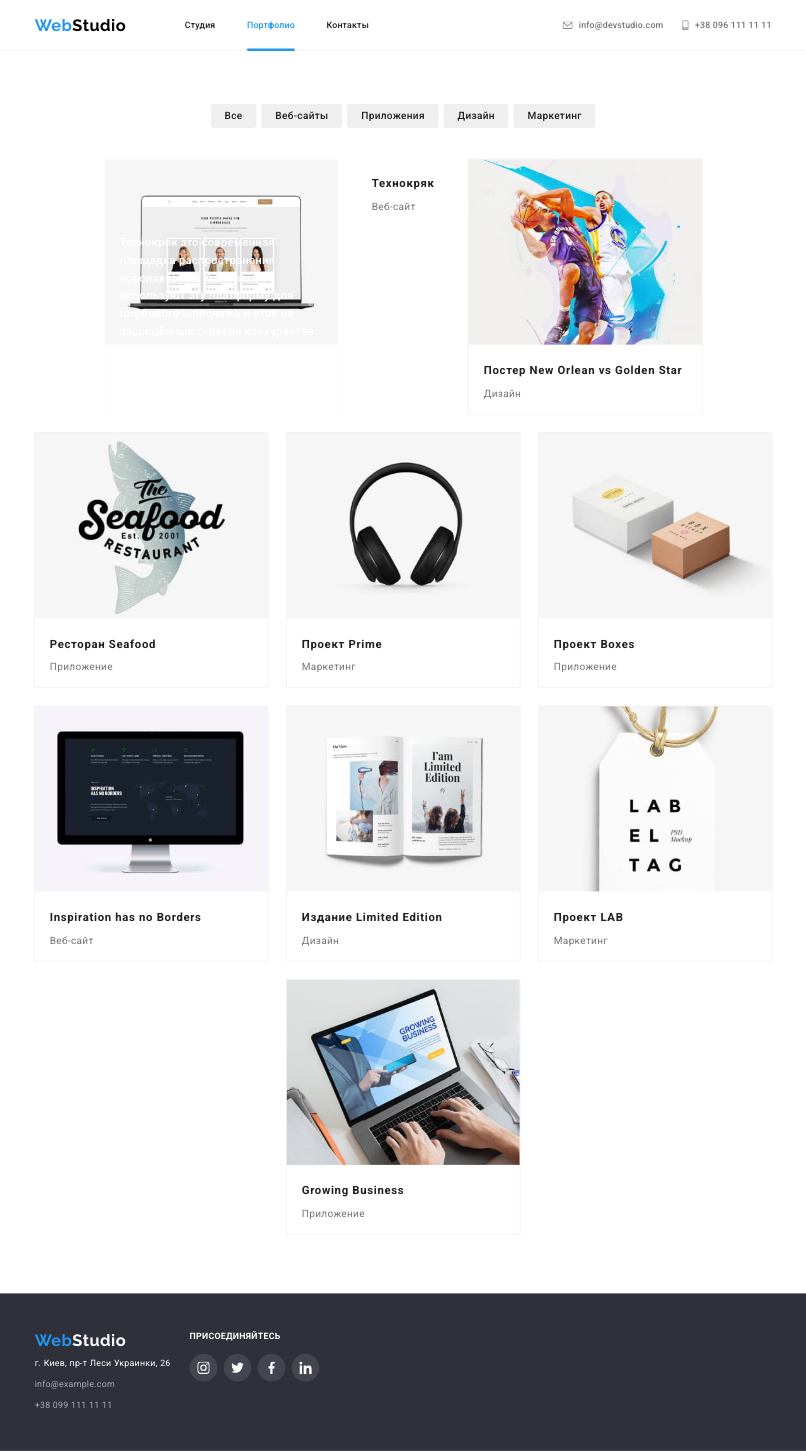
Repository: UliyaKucherernko/home-work-8
Page: porfolio.html
The author's editor kept a copy of each file at every save. The page is drawn from the files as they stood at one save, then again after the next save.
The browser window is 1280 px wide. The pictures show the whole page, at 63% of full size.

Above is the page before, as saved 2021-04-14 00:39:31.

After the next save:
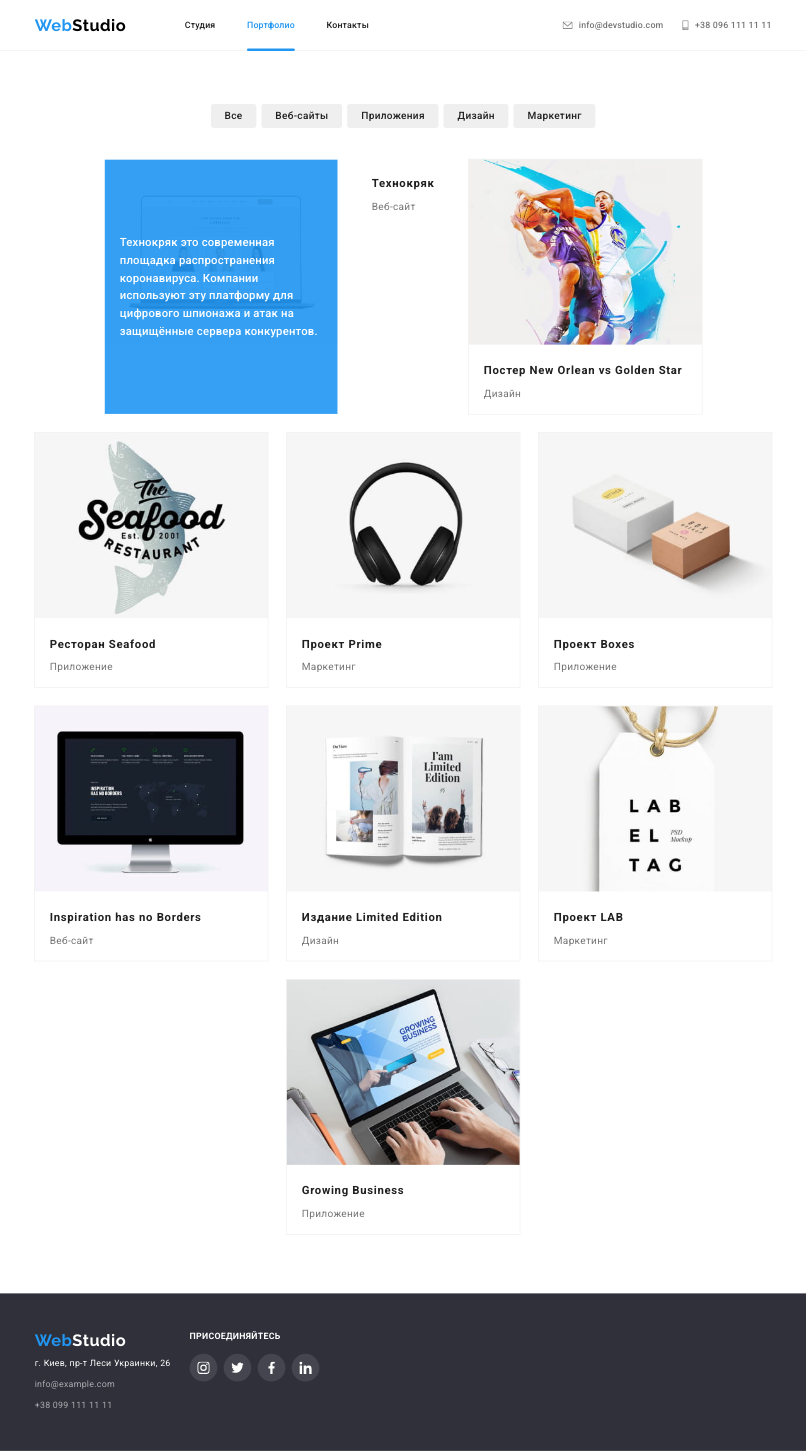
Saved 2 min 9 s later.
--- a/css/styles.css
+++ b/css/styles.css
@@ -405,6 +405,7 @@
   align-items: center;
   width: 100%;
   height: 100%;
+  background-color: rgba(33, 150, 243, 0.9);
 }
 
 .gallery-text-overlay {

After the save that followed:
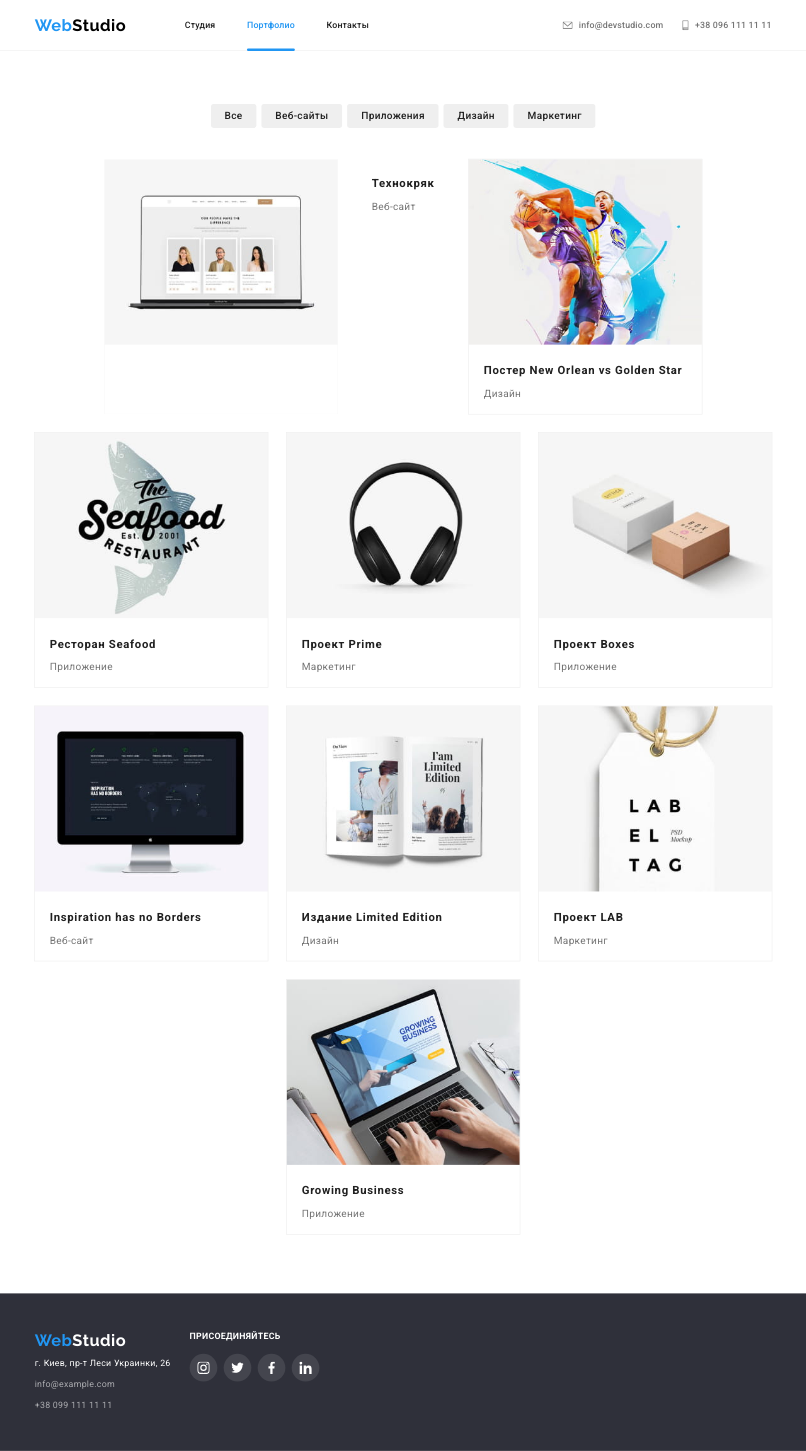
Saved 62 s later.
--- a/css/styles.css
+++ b/css/styles.css
@@ -406,6 +406,10 @@
   width: 100%;
   height: 100%;
   background-color: rgba(33, 150, 243, 0.9);
+  transition-property: transform, background-color;
+  transform: translateY(101%);
+  transition-duration: 250ms;
+  transition-timing-function: cubic-bezier(0.4, 0, 0.2, 1);
 }
 
 .gallery-text-overlay {
